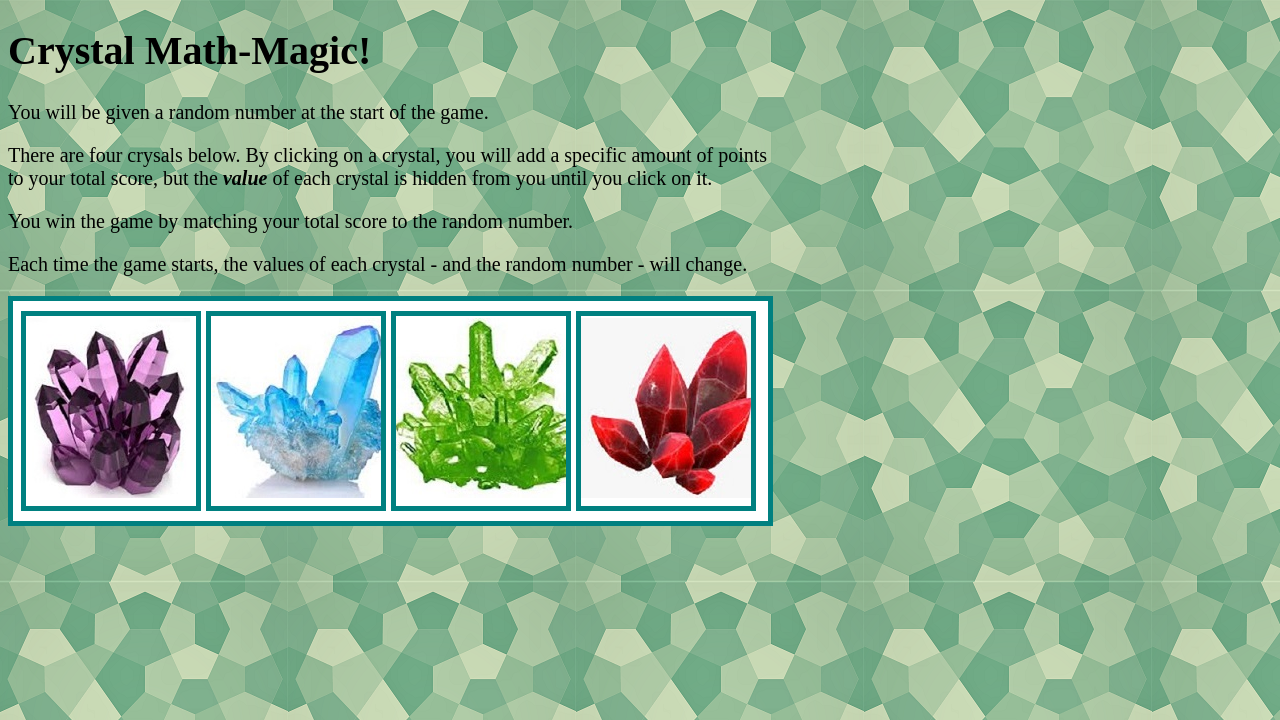
Repository: dsaftler/unit-4-game
Page: index.html
An editor plug-in stored every save of this project. The page is shown before and after the next save, followed by the edit.
The browser window is 1280 px wide. The pictures show the whole page.
Some web fonts or font styles are not loaded; a fallback is used.

Above is the page before, as saved 2019-04-01 19:23:18.

### index.html
<!DOCTYPE html>
<html lang="en">
<head>
  <meta charset="UTF-8">
  <meta name="viewport" content="width=device-width, initial-scale=1.0">
  <meta http-equiv="X-UA-Compatible" content="ie=edge">
  <link rel="stylesheet" href="assets/css/reset.css">
  <link rel="stylesheet" href="assets/css/style.css">
  <link href="https://fonts.googleapis.com/css?family=BioRhyme" rel="stylesheet">

  <title>Puzzle Crystal matching</title>
</head>
<body>
<h1>Crystal Math-Magic!</h1>
<div class="instructions">
<p>You will be given a random number at the start of the game.</p>
<p>There are four crysals below.  By clicking on a crystal, you will add a specific amount of points to your total score, but the <strong><em>value</em></strong> of each crystal is hidden from you until you click on it.</p>
<p>You win the game by matching your total score to the random number.</p>
<p>Each time the game starts, the values of each crystal - and the random number - will change.</p>
</div>
<div class="crystal-set">
  <div class="crystal clearfix" id="crystal_1"><img src="assets/images/crystal_1.jpg"></div>
  <div class="crystal clearfix" id="crystal_2"><img src="assets/images/crystal_2.jpg"></div>
  <div class="crystal clearfix" id="crystal_3"><img src="assets/images/crystal_3.jpg"></div>
  <div class="crystal clearfix" id="crystal_4"><img src="assets/images/crystal_4.jpg"></div>
</div>

    <script src="https://ajax.googleapis.com/ajax/libs/jquery/3.3.1/jquery.min.js"></script>

</body>
</html>

### assets/css/style.css
* {
  box-sizing: border-box;
}
body {
background-image: url("assets/images/congruent_pentagon.png");
width: 70%;
font-family: 'BioRhyme',serif;
font-size: 20px;

}
.container{
  background-color: "green"

}
.instructions{
  width: 765px;
}
.crystal-set{
  background-color: #ffffff;
  height: 230px;
  width: 765px;
  border:5px solid teal;
  padding: 5px;
  padding-left:8px;
}
.crystal{
  display: block;
  align-content: center;
  float: left;
  height: 200px;
  width: 180px;
  margin-right: 5px;
  margin-top: 5px;

  border: teal 5px solid;


}
.clearfix {
  overflow: hidden;
}

Loaded but not shown: assets/css/reset.css (no stored copy; drawn as an empty file)

After the next save:
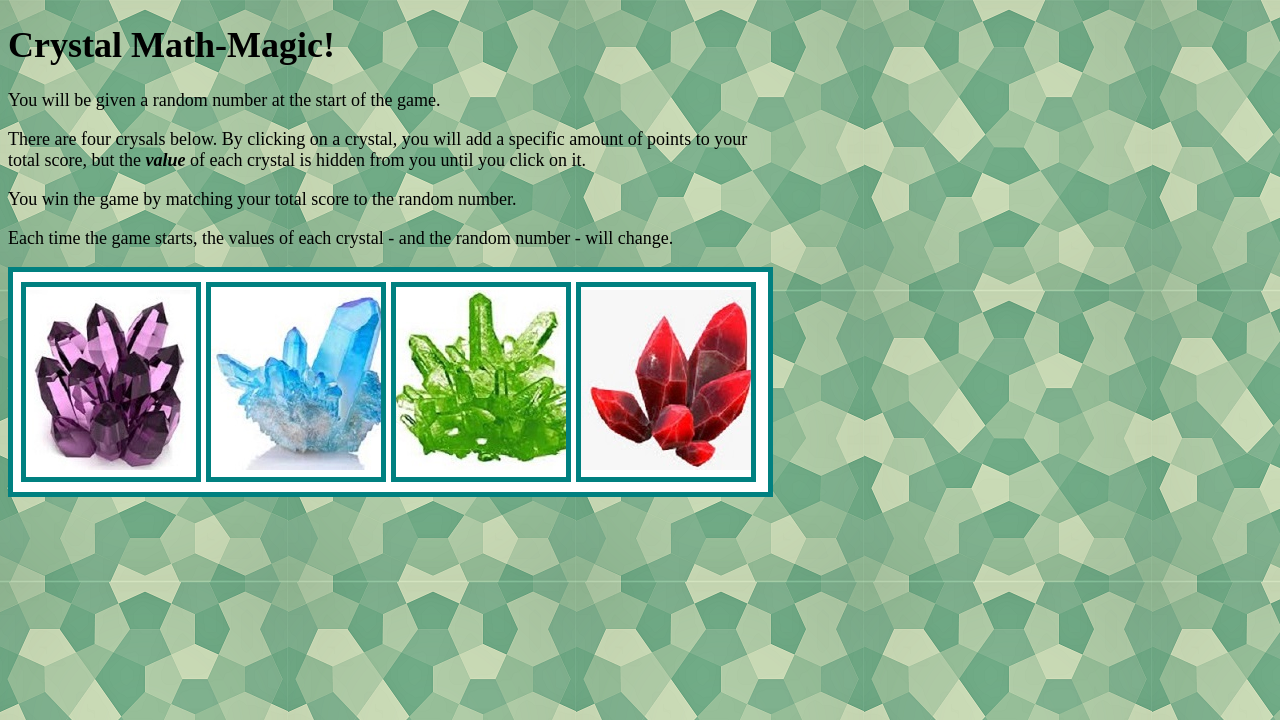
Saved 21 s later.
--- a/assets/css/style.css
+++ b/assets/css/style.css
@@ -5,7 +5,7 @@ body {
 background-image: url("assets/images/congruent_pentagon.png");
 width: 70%;
 font-family: 'BioRhyme',serif;
-font-size: 20px;
+font-size: 18px;
 
 }
 .container{
